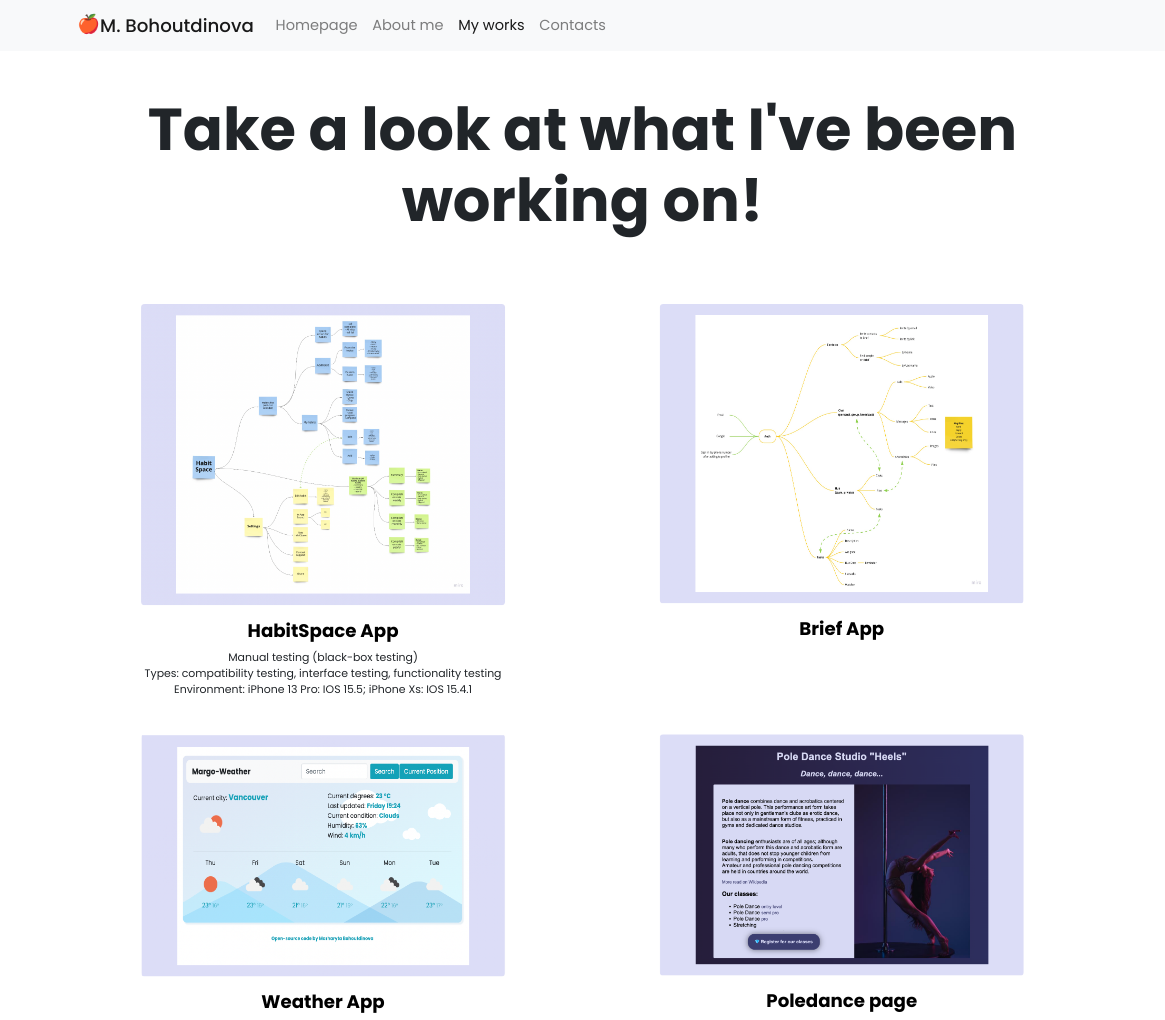
Repository: Bohoutdinova/Portfolio_week-4
Page: works.html
These files come from the project's save history. The page is drawn as it stood at one moment and after the next save; the edit follows.
The browser window is 1280 px wide. The pictures show the whole page, at 91% of full size.

Above is the page before, as saved 2022-08-12 16:50:28.

After the next save:
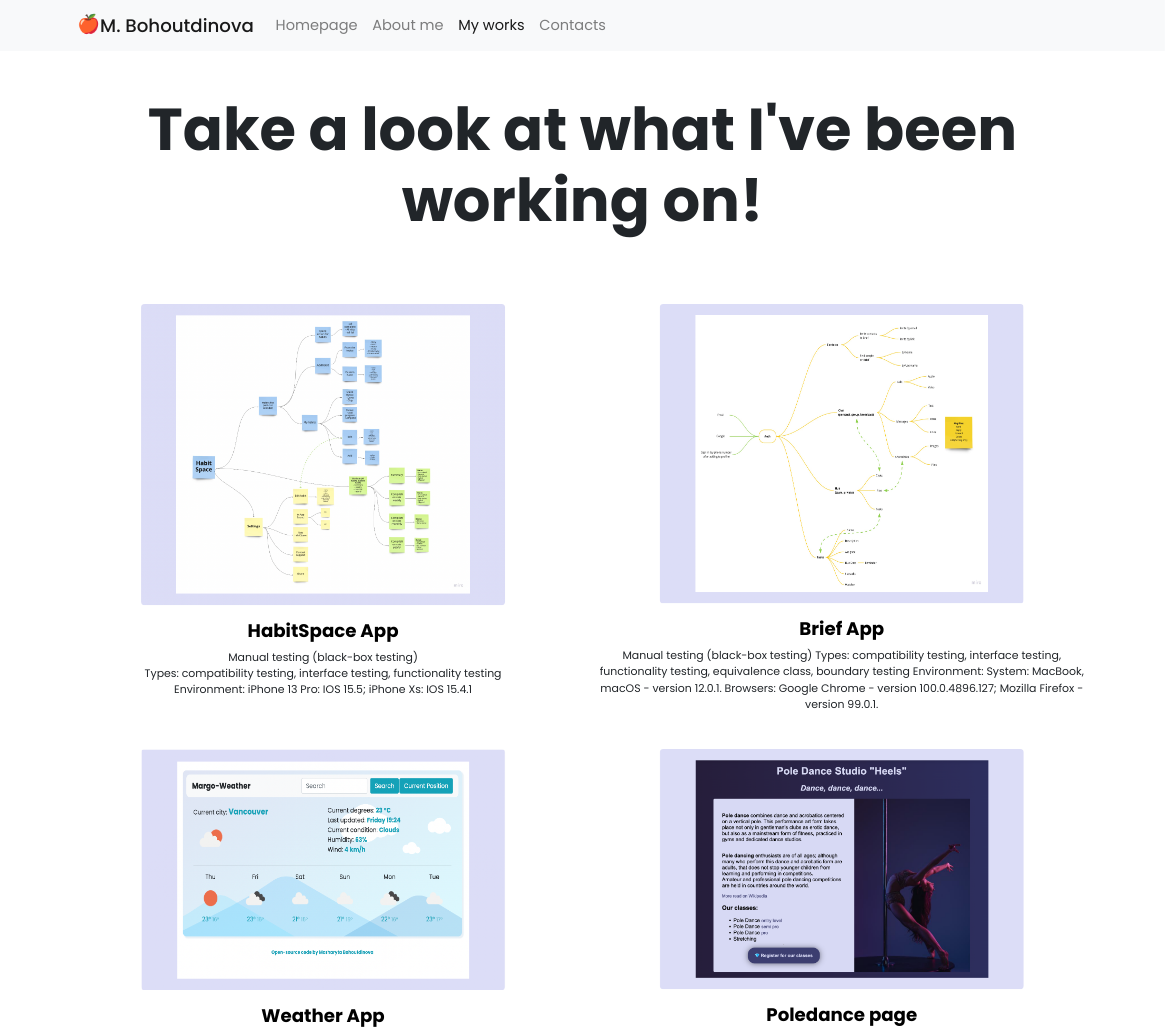
Saved 13 s later.
--- a/works.html
+++ b/works.html
@@ -112,7 +112,13 @@
               width="400"
             />
             <h3 class="works-app-head mt-3">Brief App</h3>
-            <p class="works-p"></p>
+            <p class="works-p">
+              Manual testing (black-box testing) Types: compatibility testing,
+              interface testing, functionality testing, equivalence class,
+              boundary testing Environment: System: MacBook, macOS - version
+              12.0.1. Browsers: Google Chrome - version 100.0.4896.127; Mozilla
+              Firefox - version 99.0.1.
+            </p>
           </div>
 
           <div class="col-md-6 mt-4 text-center">
